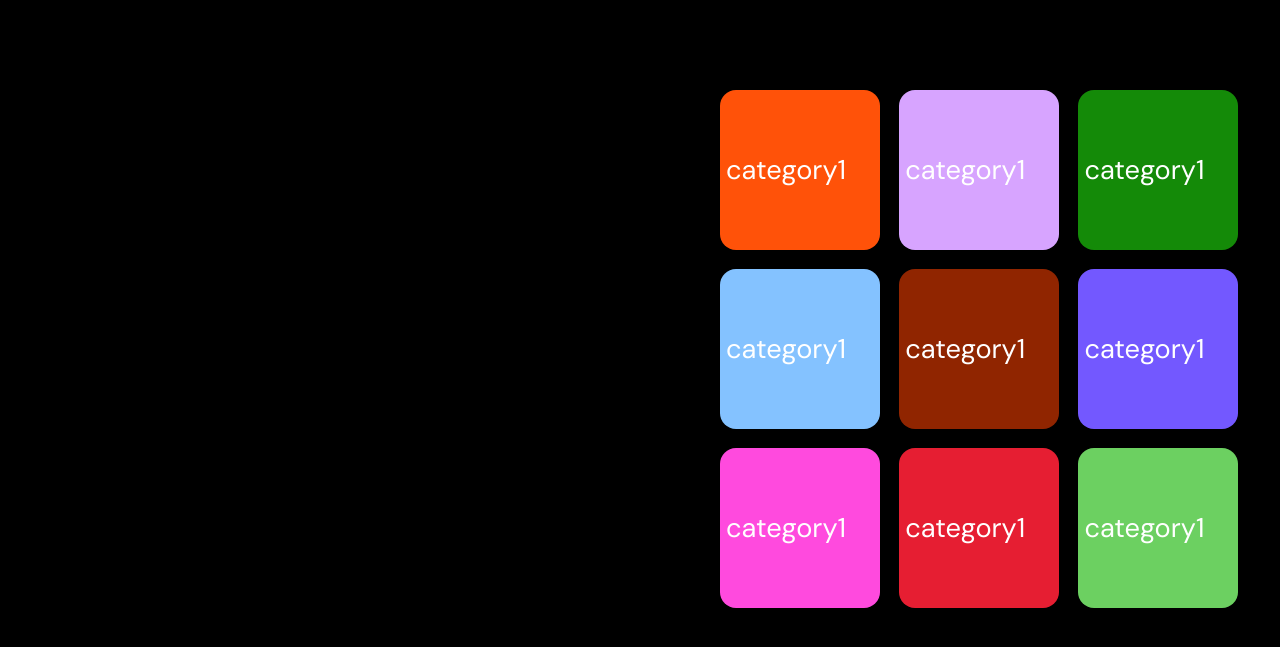
Repository: drumsmanku/react-capstone-project-2
Page: /categories
An editor plug-in stored every save of this project. The page is shown before and after the next save, followed by the edit.
The browser window is 1280 px wide. The pictures show the whole page.
Some web fonts or font styles are not loaded; a fallback is used. The project was rebuilt for these pictures with package versions that can differ from the ones it lists, and the page was loaded fresh each time. Also part of the build but not shown: src/components/RegistrationPage.js, src/components/SubmitSuccess.js.

Above is the page before, as saved 2023-05-24 10:46:14.

### src/index.css
body,html{
  padding: 0;
  margin: 0;
}

### src/App.js
import './App.css';
import RegistrationPage from './components/RegistrationPage';
import SubmitSuccess from './components/SubmitSuccess';
import CategoriesPage from './components/CategoriesPage';
import { BrowserRouter as Router, Route, Routes} from 'react-router-dom';
function App() {
  const categories=['category1', 'category1','category1','category1','category1','category1','category1', 'category1','category1',];
  const colors=['#FF5209', '#D7A4FF','#148A08','#84C2FF','#902500','#7358FF','#FF4ADE','#E61E32','#6CD061',]
  return (
    <div className='App'>
      <Router>
        <Routes>
          <Route path='/' element={<RegistrationPage />}/>
          <Route path='/success' element={<SubmitSuccess/>}/>
          <Route path='/categories' element={<CategoriesPage categories={categories} backgroundcolor={colors} />}/>
        </Routes>
      </Router>
    </div>
  );
}

export default App;

### src/App.css
.App {
  margin: 0;
  padding: 0;

}

### src/components/CategoriesPage.js
import React from 'react'
import './CategoriesPage.css'

function CategoriesPage(props) {
  const{categories, backgroundcolor}=props
  return (
    <div className='container'>
      <div className='first-container'>

      </div>
      <div className='second-container'>
        <div className='category-container'>
          {categories.map((category, index)=>(
            <button style={{border:'none', background:'none',color:'white', backgroundColor:backgroundcolor[index], height:'10rem', width:'10rem', margin:'0.6rem', borderRadius:'1rem', fontSize:'1.7rem', fontFamily:'DM Sans', textAlign:'left',paddingTop:0}} key={index}>{category}</button>
          ))}
        </div>
        <div>
          {/* next page button */}
        </div>

      </div>
    </div>
  )
}

export default CategoriesPage

### src/components/RegistrationPage.css
@import url('https://fonts.googleapis.com/css2?family=Roboto:wght@900&display=swap');
@import url('https://fonts.googleapis.com/css2?family=Single+Day&display=swap');
@import url('https://fonts.googleapis.com/css2?family=DM+Sans&display=swap');
.reg-page{
  background-image: url('../Assets/back1.png');
  background-size: 50% 120%;
  background-repeat: no-repeat;
  height: 100vh;

  background-color: black;
  display: flex;
}
.first-div{
  font-family:'Roboto';
  color: white;
  width: 50%;
  height: 100vh;
  display: flex;
  justify-content: center;
  position: relative;
}
.first-first-div{
  width: 70%;
  position: absolute;
  bottom: 4.5rem;
}
.first-first-div h1{
  font-size: 3rem;
  padding: 0;
  margin: 0;
}
.second-div{
  height: inherit;
  width: 50%;
  display: flex;
  flex-direction: column;
  justify-content: center;
  align-items: center;
  color: white;
}
.second-div h1{
  font-family: 'Single Day';
  font-size: 3.3rem;
  color: #72DB73;
  font-weight: 400;
  margin: 0;
}
.second-div h4{
  font-family: 'DM Sans';
  font-weight: 200;
  margin-bottom: 2rem;
  margin-top: 1rem;
  font-size: 1.1rem;
}
form{
  display: flex;
  flex-direction: column;
}
form input[type=text]{
  margin: 0.7rem;
  width: 23rem;
  height: 2.9rem;
  border: none;
  background-color: #292929;
  border-radius: 0.1rem;
  font-family: 'DM Sans';
}
form input[type=number]{
  margin: 0.7rem;
  width: 23rem;
  height: 2.9rem;
  border: none;
  background-color: #292929;
  border-radius: 0.1rem;
  font-family: 'DM Sans';

}
form input[type=email]{
  margin: 0.7rem;
  width: 23rem;
  height: 2.9rem;
  border: none;
  background-color: #292929;
  border-radius: 0.1rem;
  font-family: 'DM Sans';
}

form input::placeholder{
  padding-left: 0.9rem;
  font-size: 1rem;
}
.checkbox1{
  width: 100%;
  display: flex;
  padding-left: 0.5rem;
  font-family: 'DM Sans';
  margin: 1.6rem 0 1.6rem 0;
  font-size: 0.9rem;
}
.checkbox1 input[type="checkbox"]{
  margin-right: 1rem;
  border: none;
  transform: scale(1.4);
}
form button{
  background-color: #72DB73;
  border: none;
  height: 3rem;
  width: 23rem;
  border-radius: 2.2rem;
  font-size: 1.4rem;
  font-family: 'DM Sans';
  font-weight: 600;
  color: white;
  letter-spacing: 0.2rem;
}

### src/components/CategoriesPage.css
@import url('https://fonts.googleapis.com/css2?family=Roboto:wght@900&display=swap');
@import url('https://fonts.googleapis.com/css2?family=Single+Day&display=swap');
@import url('https://fonts.googleapis.com/css2?family=DM+Sans&display=swap');

.container{
  display:flex;
  background-color: black;
  height: 100vh;
  width: 100%;
}
.first-container{
  height: inherit;
  width: 40%;
}

.second-container{
  height: inherit;
  width: 60%;
  display: flex;
  flex-direction: column;
  justify-content: center;
  align-items: flex-end;
  position: relative;
}
.category-container{
  width: 70%;
  margin-right: 2rem;
  position: absolute;
  top: 5rem;
}

Loaded but not shown: public/index.html (common file); src/index.js (common file)

After the next save:
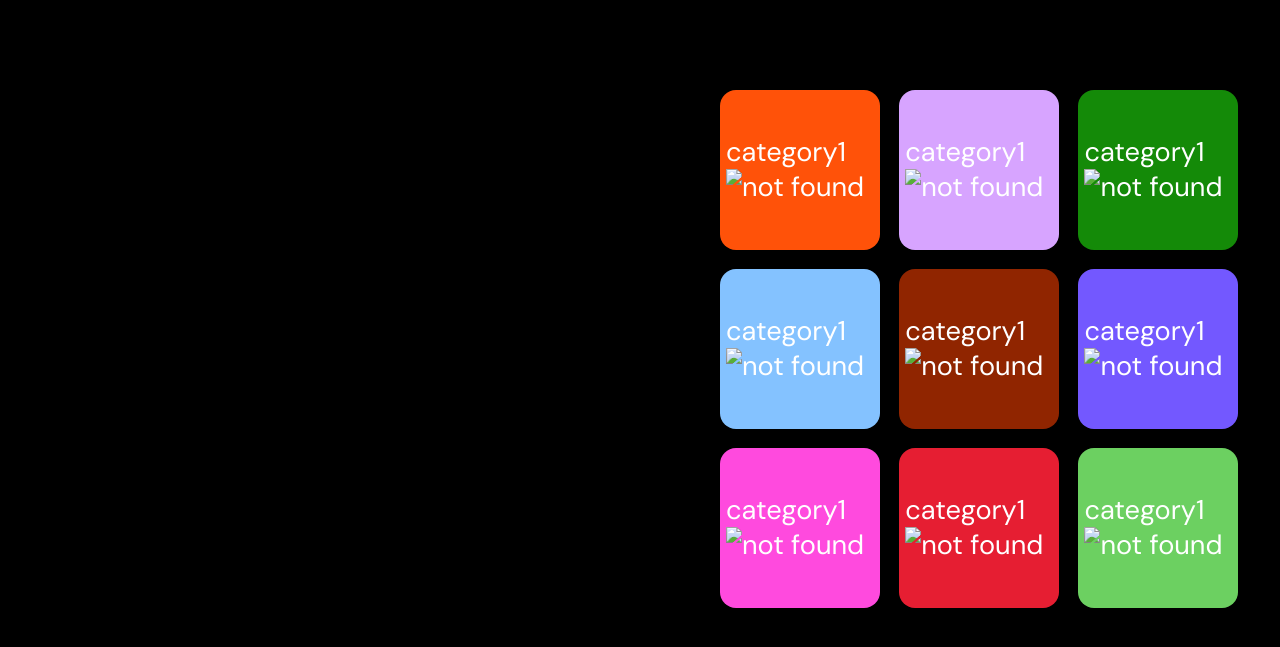
Saved 44 min 49 s later.
--- a/src/components/CategoriesPage.js
+++ b/src/components/CategoriesPage.js
@@ -2,7 +2,7 @@ import React from 'react'
 import './CategoriesPage.css'
 
 function CategoriesPage(props) {
-  const{categories, backgroundcolor}=props
+  const{categories, backgroundcolor, imgUrl}=props
   return (
     <div className='container'>
       <div className='first-container'>
@@ -11,7 +11,7 @@ function CategoriesPage(props) {
       <div className='second-container'>
         <div className='category-container'>
           {categories.map((category, index)=>(
-            <button style={{border:'none', background:'none',color:'white', backgroundColor:backgroundcolor[index], height:'10rem', width:'10rem', margin:'0.6rem', borderRadius:'1rem', fontSize:'1.7rem', fontFamily:'DM Sans', textAlign:'left',paddingTop:0}} key={index}>{category}</button>
+            <button style={{border:'none', background:'none',color:'white', backgroundColor:backgroundcolor[index], height:'10rem', width:'10rem', margin:'0.6rem', borderRadius:'1rem', fontSize:'1.7rem', fontFamily:'DM Sans', textAlign:'left',paddingTop:0}} key={index}>{category} <img src={imgUrl} alt="not found" /></button>
           ))}
         </div>
         <div>
